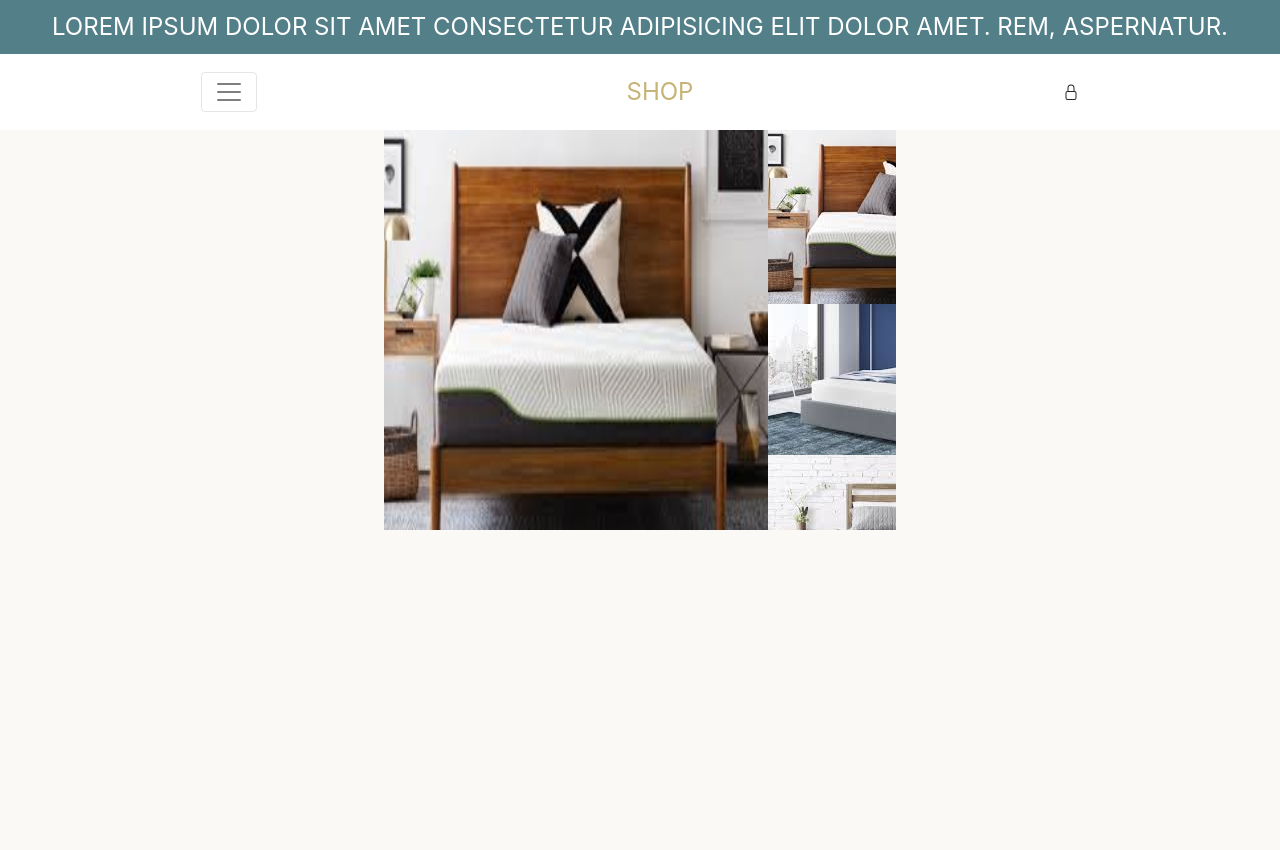
Repository: DaNiels89/frontendassignmentbogbootcamp
Page: index.html
An editor plug-in stored every save of this project. The page is shown before and after the next save, followed by the edit.
The browser window is 1280 px wide. The pictures show the whole page.

Above is the page before, as saved 2020-03-19 18:26:32.

After the next save:
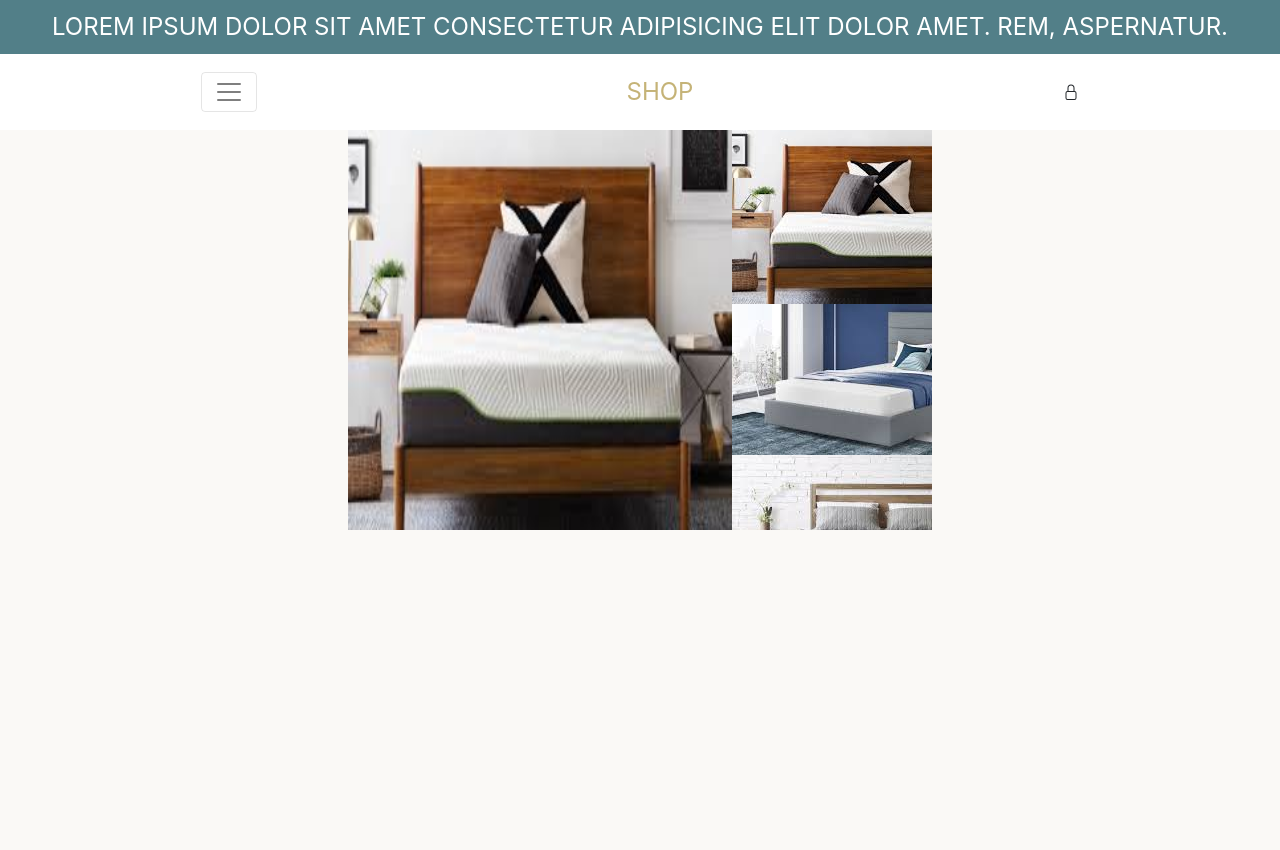
Saved 70 s later.
--- a/css/styles.css
+++ b/css/styles.css
@@ -48,7 +48,7 @@
 }
 
 .right-carousel {
-  width: 10%;
+  width: 200px;
   height: 400px;
   overflow: hidden;
 }
